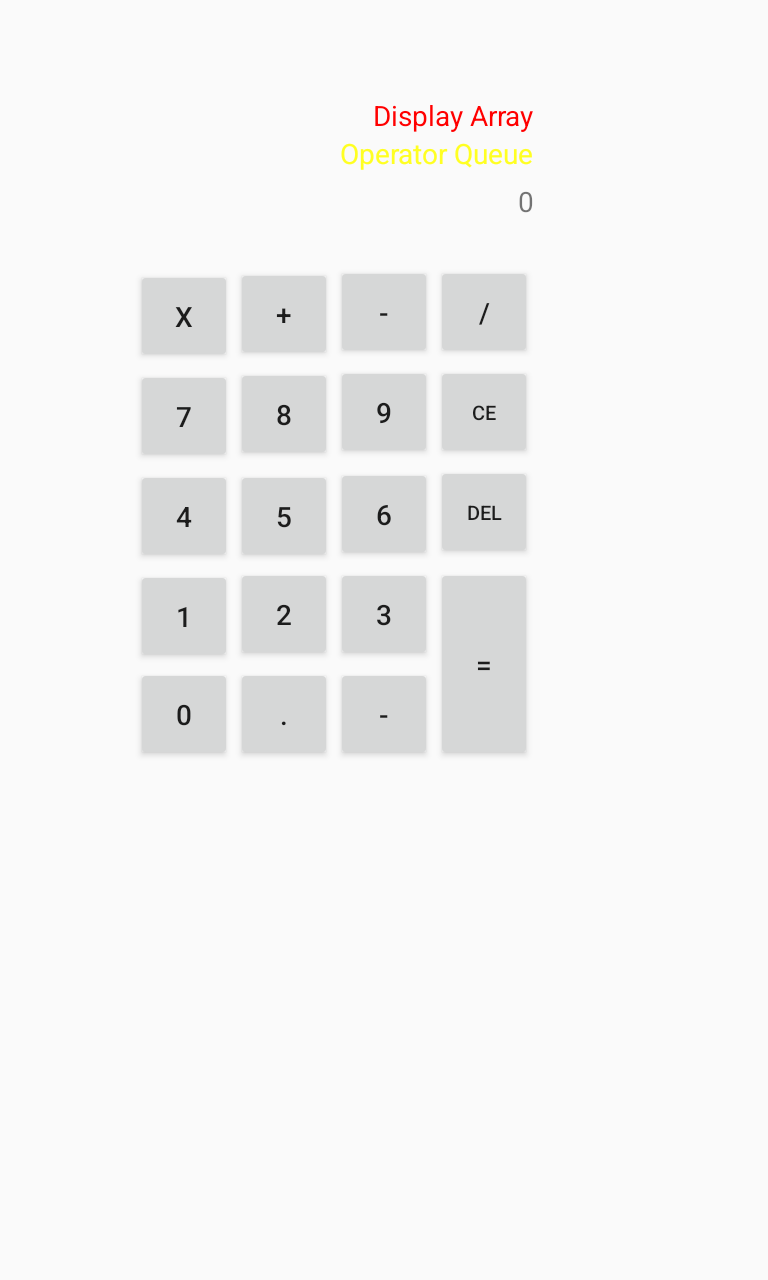
Repository: expensivecow/Calculator
Layout: Calculator_Implementation/res/layout/activity_main.xml
An editor plug-in stored every save of this project. The layout is shown before and after the next save, followed by the edit.
It is drawn on a 768 x 1280 px phone screen (xhdpi) without system bars, with theme AppTheme; the app's code is not run.

Above is the layout before, as saved 2014-10-08 19:04:25.

After the next save:
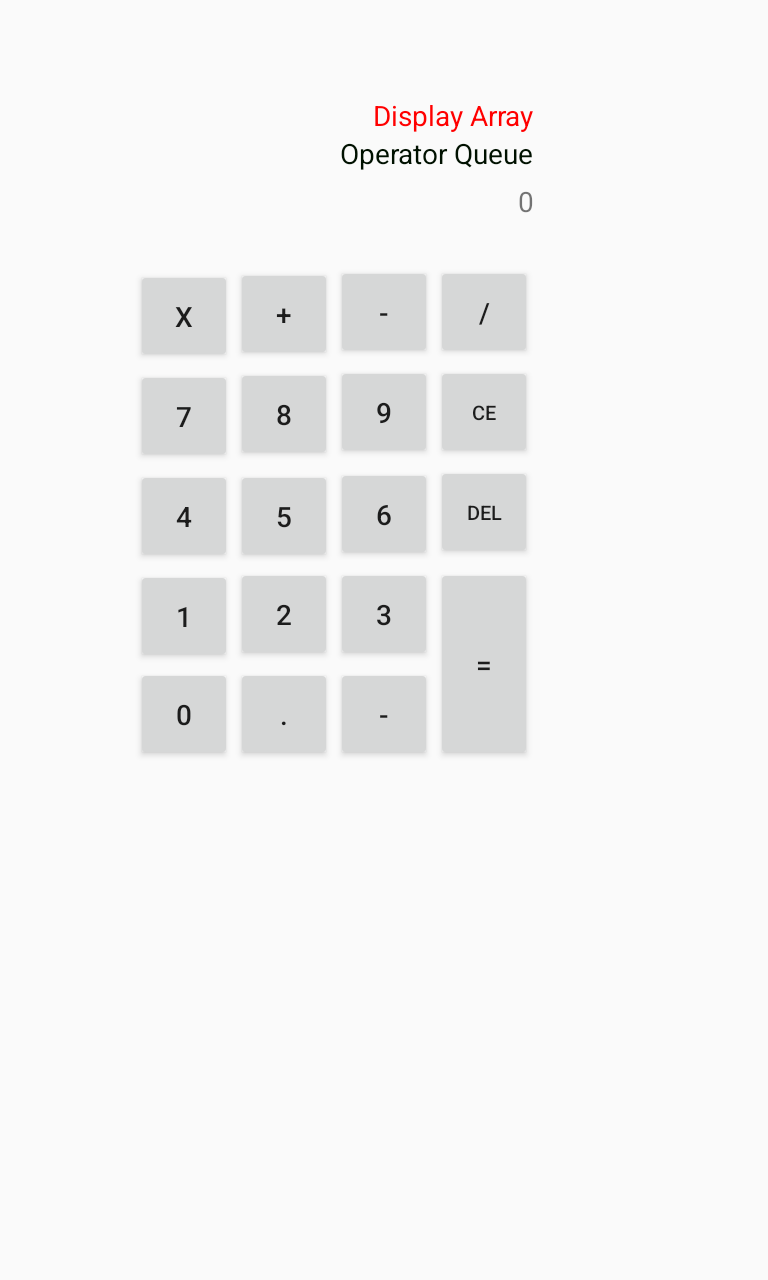
Saved 13 s later.
--- a/Calculator_Implementation/res/layout/activity_main.xml
+++ b/Calculator_Implementation/res/layout/activity_main.xml
@@ -196,7 +196,7 @@
         android:layout_height="wrap_content"
         android:layout_alignRight="@+id/DisplayResult"
         android:layout_below="@+id/DisplayArray"
-        android:textColor="#FFFF22"
+        android:textColor="#001100"
         android:text="@string/Operators" />
 
 </RelativeLayout>
